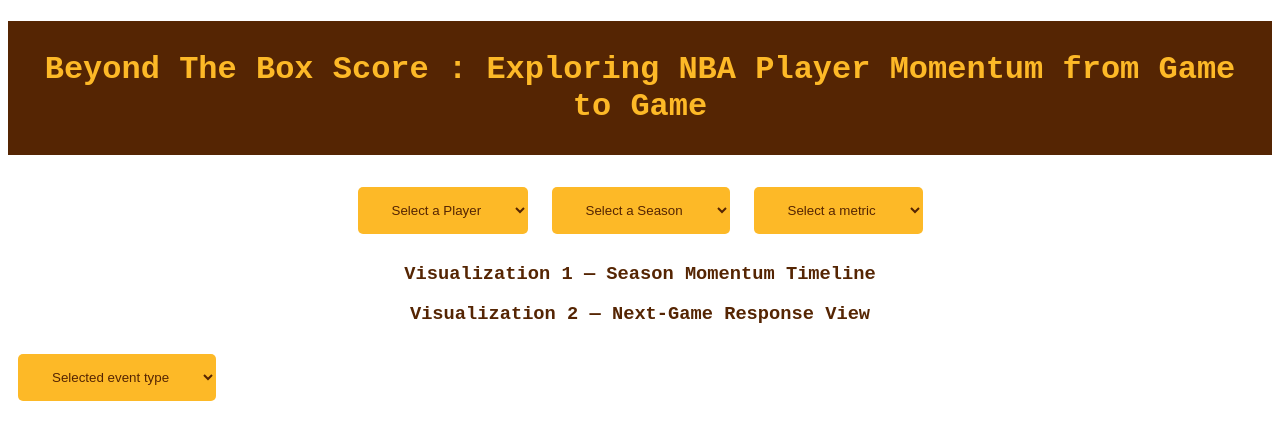
Repository: houdafatih/Data-Viz-Project
Page: index.html
An editor plug-in stored every save of this project. The page is shown before and after the next save, followed by the edit.
The browser window is 1280 px wide. The pictures show the whole page.

Above is the page before, as saved 2026-06-13 13:19:42.

After the next save:
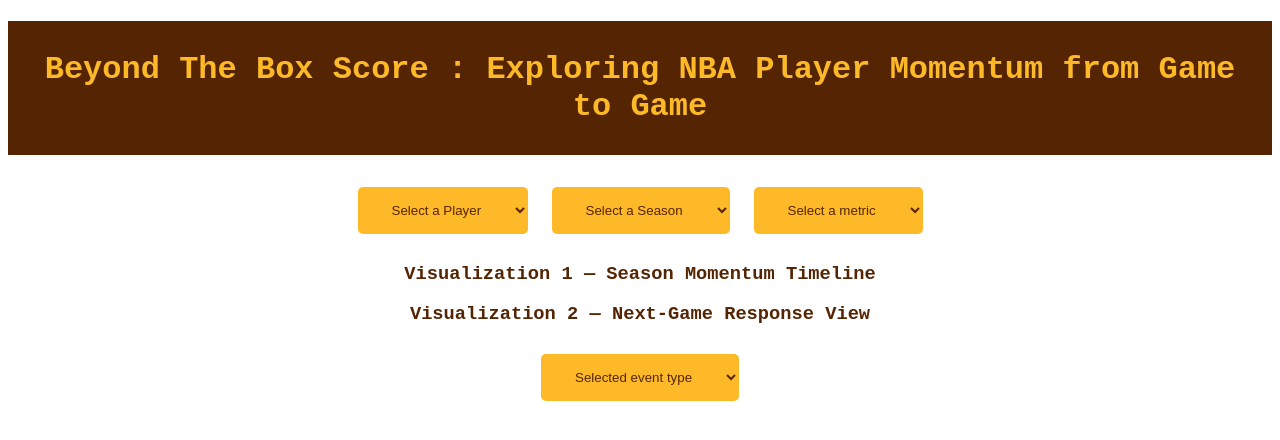
Saved 78 s later.
--- a/index.html
+++ b/index.html
@@ -31,13 +31,15 @@
      <div id="vizual1"></div>
 
      <h3>Visualization 2 — Next-Game Response View</h3>
-      <select id="performanceSelect">
+     <div class="selection">
+        <select id="performanceSelect">
             <option selected disabled>Selected event type</option>
             <option value="all">All</option>
             <option value="hot">Hot</option>
             <option value="cold">Cold</option>
             <option value="normal">Normal</option>
         </select>
+     </div>
      <div id="vizual2"></div>
 
      <!---<h3>Visualization 3 — Hot/Cold Streak Explorer</h3>
